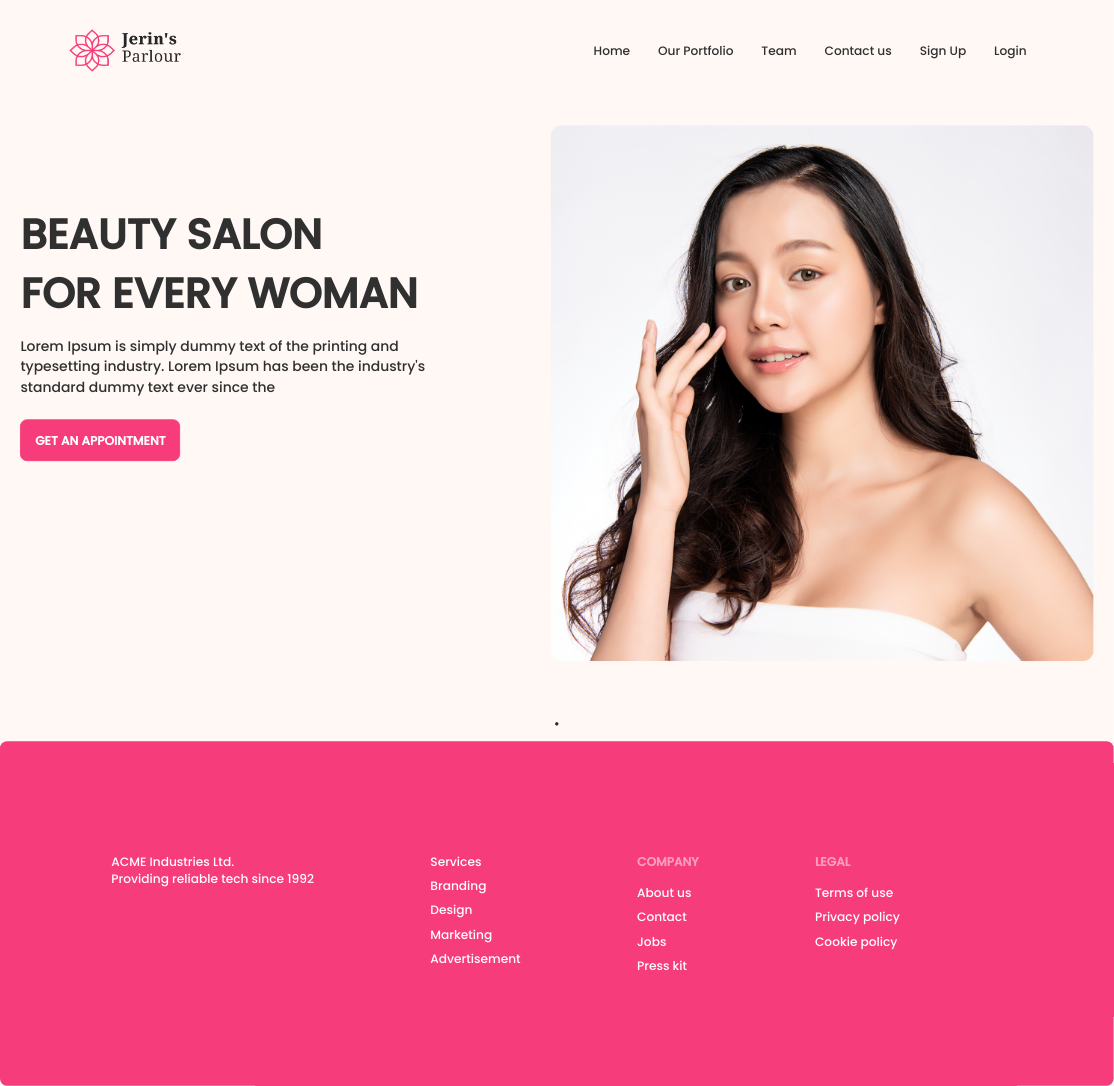
Repository: Wahid137/jerins-parlour-client
Page: /
These files come from the project's save history. The page is drawn as it stood at one moment and after the next save; the edit follows.
The browser window is 1280 px wide. The pictures show the whole page, at 87% of full size.
The page's requests for data from a server got no answer. The project was rebuilt for these pictures with package versions that can differ from the ones it lists, and the page was loaded fresh each time. No one was signed in, and anything a server would have sent is missing. Also part of the build but not shown: src/App.css, src/Pages/Home/Services/ServicesCard.js.

Above is the page before, as saved 2023-07-16 03:44:10.

### public/index.html
<!DOCTYPE html>
<html lang="en">
  <head>
    <meta charset="utf-8" />
    <link rel="icon" href="%PUBLIC_URL%/favicon.ico" />
    <meta name="viewport" content="width=device-width, initial-scale=1" />
    <meta name="theme-color" content="#000000" />
    <meta
      name="description"
      content="Web site created using create-react-app"
    />
    <link rel="preconnect" href="https://fonts.googleapis.com">
    <link rel="preconnect" href="https://fonts.gstatic.com" crossorigin>
    <link href="https://fonts.googleapis.com/css2?family=Poppins:wght@500&display=swap" rel="stylesheet">
    <link rel="apple-touch-icon" href="%PUBLIC_URL%/logo192.png" />
    <!--
      manifest.json provides metadata used when your web app is installed on a
      user's mobile device or desktop. See https://developers.google.com/web/fundamentals/web-app-manifest/
    -->
    <link rel="manifest" href="%PUBLIC_URL%/manifest.json" />
    <!--
      Notice the use of %PUBLIC_URL% in the tags above.
      It will be replaced with the URL of the `public` folder during the build.
      Only files inside the `public` folder can be referenced from the HTML.

      Unlike "/favicon.ico" or "favicon.ico", "%PUBLIC_URL%/favicon.ico" will
      work correctly both with client-side routing and a non-root public URL.
      Learn how to configure a non-root public URL by running `npm run build`.
    -->
    <title>React App</title>
  </head>
  <body>
    <noscript>You need to enable JavaScript to run this app.</noscript>
    <div id="root"></div>
    <!--
      This HTML file is a template.
      If you open it directly in the browser, you will see an empty page.

      You can add webfonts, meta tags, or analytics to this file.
      The build step will place the bundled scripts into the <body> tag.

      To begin the development, run `npm start` or `yarn start`.
      To create a production bundle, use `npm run build` or `yarn build`.
    -->
  </body>
</html>

### src/index.js
import React from 'react';
import ReactDOM from 'react-dom/client';
import './index.css';
import App from './App';
import reportWebVitals from './reportWebVitals';
import { QueryClient, QueryClientProvider } from '@tanstack/react-query'


// Create a client
const queryClient = new QueryClient()

const root = ReactDOM.createRoot(document.getElementById('root'));
root.render(
  <React.StrictMode>
    <QueryClientProvider client={queryClient}>
      <App />
    </QueryClientProvider>
  </React.StrictMode>
);

// If you want to start measuring performance in your app, pass a function
// to log results (for example: reportWebVitals(console.log))
// or send to an analytics endpoint. Learn more: https://bit.ly/CRA-vitals
reportWebVitals();

### src/index.css
@tailwind base;
@tailwind components;
@tailwind utilities;

body {
  background-color: #FFF8F5;
  margin: 0;
  font-family: -apple-system, BlinkMacSystemFont, 'Segoe UI', 'Roboto', 'Oxygen',
    'Ubuntu', 'Cantarell', 'Fira Sans', 'Droid Sans', 'Helvetica Neue',
    sans-serif;
    font-family: 'Poppins', sans-serif;
  -webkit-font-smoothing: antialiased;
  -moz-osx-font-smoothing: grayscale;
}

code {
  font-family: source-code-pro, Menlo, Monaco, Consolas, 'Courier New',
    monospace;
}

### src/App.js
import logo from './logo.svg';
import './App.css';
import { RouterProvider } from 'react-router-dom';
import router from './Routes/Routes/Routes';
import { Toaster } from 'react-hot-toast';

function App() {
  return (
    <div className="max-w-[1440px] mx-auto">
      <RouterProvider router={router}></RouterProvider>
      <Toaster></Toaster>
    </div>
  );
}

export default App;

### src/Routes/Routes/Routes.js
const { createBrowserRouter } = require("react-router-dom");
const { default: Main } = require("../../Layout/Main");
const { default: Home } = require("../../Pages/Home/Home/Home");

const router = createBrowserRouter([
    {
        path: '/',
        element: <Main></Main>,
        children: [
            {
                path: '/',
                element: <Home></Home>
            }
        ]
    }
])
export default router;

### src/Layout/Main.js
import React from 'react';
import Navbar from '../Shared/Navbar/Navbar';
import { Outlet } from 'react-router-dom';
import Footer from '../Shared/Footer/Footer';

const Main = () => {
    return (
        <div>
            <Navbar></Navbar>
            <Outlet></Outlet>
            <Footer></Footer>
        </div>
    );
};

export default Main;

### src/Shared/Navbar/Navbar.js
import React from 'react';
import logo from '../../assets/logo.png';
import { Link } from 'react-router-dom';

const Navbar = () => {
    const menuItem = <>
        <li><Link to="/">Home</Link></li>
        <li><Link to="/portfolio">Our Portfolio</Link></li>
        <li><Link to="/team">Team</Link></li>
        <li><Link to="/dashboard">Contact us</Link></li>
        <li><Link to="/signup">Sign Up</Link></li>
        <li><Link to="/login">Login</Link></li>

    </>
    return (
        <div className="navbar flex justify-between px-20 pt-8">
            <div className="navbar-start">
                <div className="dropdown">
                    <label tabIndex={0} className="btn btn-ghost lg:hidden">
                        <svg xmlns="http://www.w3.org/2000/svg" className="h-5 w-5" fill="none" viewBox="0 0 24 24" stroke="currentColor"><path strokeLinecap="round" strokeLinejoin="round" strokeWidth="2" d="M4 6h16M4 12h8m-8 6h16" /></svg>
                    </label>
                    <ul tabIndex={1} className="menu menu-sm dropdown-content mt-3 z-[1] p-2 shadow bg-base-100 rounded-box w-52">
                        {menuItem}
                    </ul>
                </div>
                <Link to="/" className="w-32">
                    <img src={logo} alt="" />
                </Link>
            </div>
            <div className="navbar-center hidden lg:flex">
                <ul className="menu menu-horizontal px-1">
                    {menuItem}
                </ul>
            </div>
            <label htmlFor="dashboard-drawer" tabIndex={2} className="btn btn-ghost lg:hidden">
                <svg xmlns="http://www.w3.org/2000/svg" className="h-5 w-5" fill="none" viewBox="0 0 24 24" stroke="currentColor"><path strokeLinecap="round" strokeLinejoin="round" strokeWidth="2" d="M4 6h16M4 12h8m-8 6h16" /></svg>
            </label>

        </div>
    );
};

export default Navbar;

### src/Shared/Footer/Footer.js
import React from 'react';


const Footer = () => {
    return (
        <footer className="footer p-32 bg-primary text-white rounded-lg">
            <div>
                <p>ACME Industries Ltd.<br />Providing reliable tech since 1992</p>
            </div>
            <div>
                <span className=" text-white">Services</span>
                <a href="/" className="link link-hover">Branding</a>
                <a href="/" className="link link-hover">Design</a>
                <a href="/" className="link link-hover">Marketing</a>
                <a href="/" className="link link-hover">Advertisement</a>
            </div>
            <div>
                <span className="footer-title">Company</span>
                <a href="/" className="link link-hover">About us</a>
                <a href="/" className="link link-hover">Contact</a>
                <a href="/" className="link link-hover">Jobs</a>
                <a href="/" className="link link-hover">Press kit</a>
            </div>
            <div>
                <span className="footer-title">Legal</span>
                <a href="/" className="link link-hover">Terms of use</a>
                <a href="/" className="link link-hover">Privacy policy</a>
                <a href="/" className="link link-hover">Cookie policy</a>
            </div>
        </footer>
    );
};

export default Footer;

### src/Pages/Home/Banner/Banner.js
import React from 'react';
import woman from '../../../assets/images/woman.png';
import PrimaryButton from '../../../Components/PrimaryButton/PrimaryButton';

const Banner = () => {
    return (
        <div className="hero" >
            <div className="hero-content flex-col lg:flex-row-reverse min-h-screen">

                <img src={woman} className="rounded-lg lg:w-1/2" alt="" />

                <div className='lg:me-32 lg:-mt-32'>
                    <h1 className="text-5xl font-bold mt-0 mb-5">BEAUTY SALON</h1>
                    <h1 className="text-5xl font-bold">FOR EVERY WOMAN</h1>
                    <p className="py-6">Lorem Ipsum is simply dummy text of the printing and <br /> typesetting industry. Lorem Ipsum has been the industry's <br /> standard dummy text ever since the</p>
                    <PrimaryButton>Get an Appointment</PrimaryButton>
                </div>
            </div>
        </div>
    );
};

export default Banner;

### src/Pages/Home/Services/Services.js
import { useQuery } from '@tanstack/react-query';
import React from 'react';
import Loading from '../../../Shared/Loading/Loading';


import ServicesCard from './ServicesCard';
import PrimaryButton from '../../../Components/PrimaryButton/PrimaryButton';



const Services = () => {
    const { data: services = [], isLoading } = useQuery({
        queryKey: ['services'],
        queryFn: () => fetch('http://localhost:5000/services')
            .then(res => res.json())
    })


    if (isLoading) {
        return <Loading></Loading>;
    }

    return (
        <div className='p-0 my-5'>
            <div className='mx-auto mb-4 py-10 text-center w-1/2'>
                <p className='text-2xl font-bold'>Our Awesome <span className='text-primary'>Services</span></p>
            </div>
            <div className='grid gap-1 grid-cols-1 md:grid-cols-2 lg:grid-cols-3'>
                {
                    services.map(service => <ServicesCard
                        key={service._id}
                        service={service}
                    ></ServicesCard>)
                }
            </div>
            <div className='text-center mt-10'>
                <PrimaryButton >Explore More</PrimaryButton>
            </div>

        </div >
    );
};

export default Services;

### src/Components/PrimaryButton/PrimaryButton.js
import React from 'react';

const PrimaryButton = ({ children }) => {
    return (
        <button className="btn btn-primary text-white">{children}</button>
    );
};

export default PrimaryButton;

### src/Shared/Loading/Loading.js
import React from 'react';

const Loading = () => {
    return (
        <div className="flex items-center justify-center">
            <span className="loading loading-ring loading-lg"></span>
        </div>
    );
};

export default Loading;

### tailwind.config.js
/** @type {import('tailwindcss').Config} */
module.exports = {
  content: [
    "./src/**/*.{js,jsx,ts,tsx}",
  ],
  daisyui: {
    themes: [
      {
        parlourTheme: {
          primary: '#F63E7B',
          secondary: '#FFF8F5',
          accent: '##F4F7FC',
          neutral: '#3D4451',
          "base-100": '#FFFFFF',
        }
      }
    ]
  },
  theme: {
    extend: {},
  },
  plugins: [require("daisyui")],
}

Loaded but not shown: src/reportWebVitals.js (common file); src/Pages/Home/Home/Home.js (common file)

After the next save:
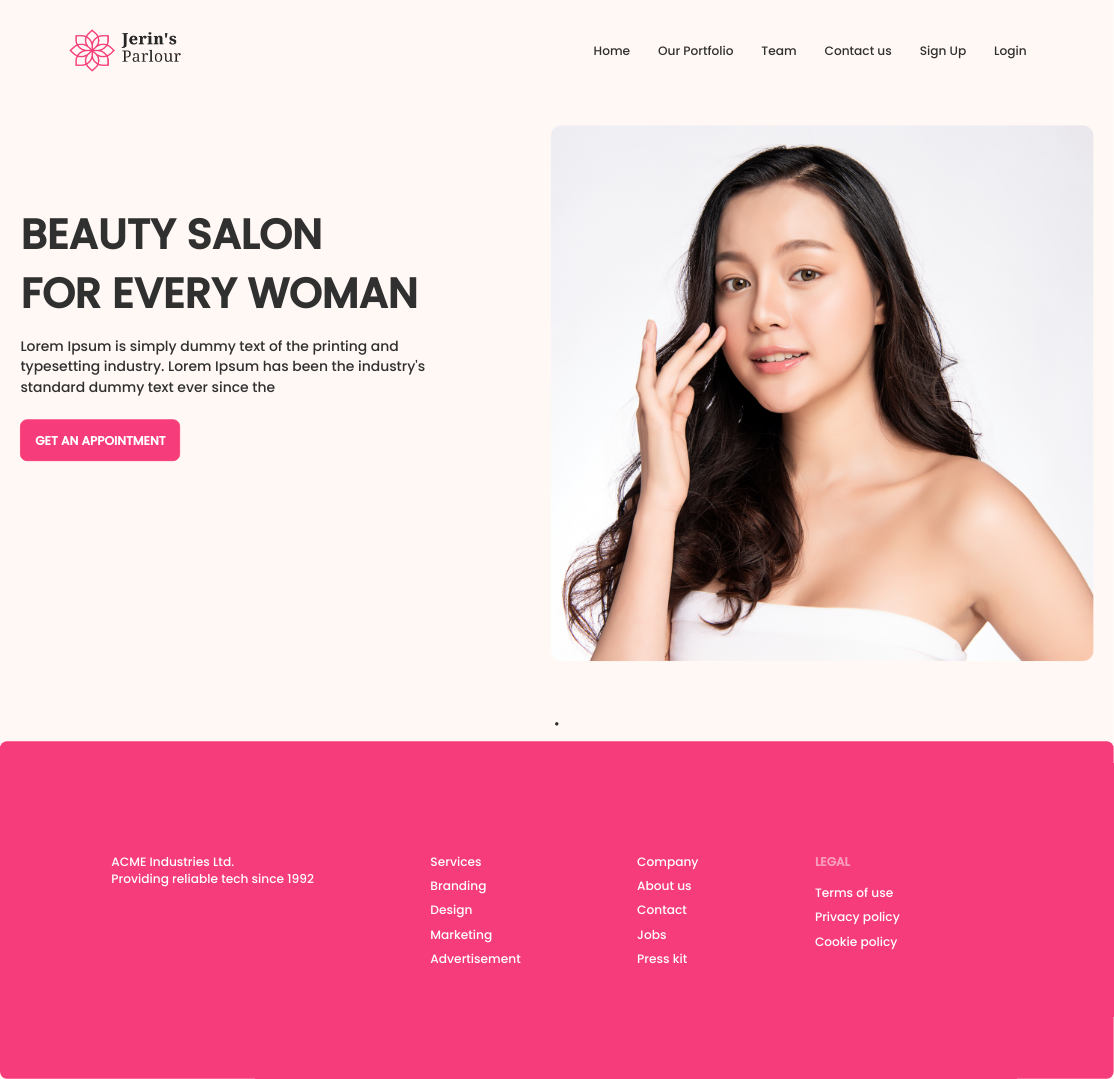
Saved 12 s later.
--- a/src/Shared/Footer/Footer.js
+++ b/src/Shared/Footer/Footer.js
@@ -15,7 +15,7 @@ const Footer = () => {
                 <a href="/" className="link link-hover">Advertisement</a>
             </div>
             <div>
-                <span className="footer-title">Company</span>
+                <span className="">Company</span>
                 <a href="/" className="link link-hover">About us</a>
                 <a href="/" className="link link-hover">Contact</a>
                 <a href="/" className="link link-hover">Jobs</a>
